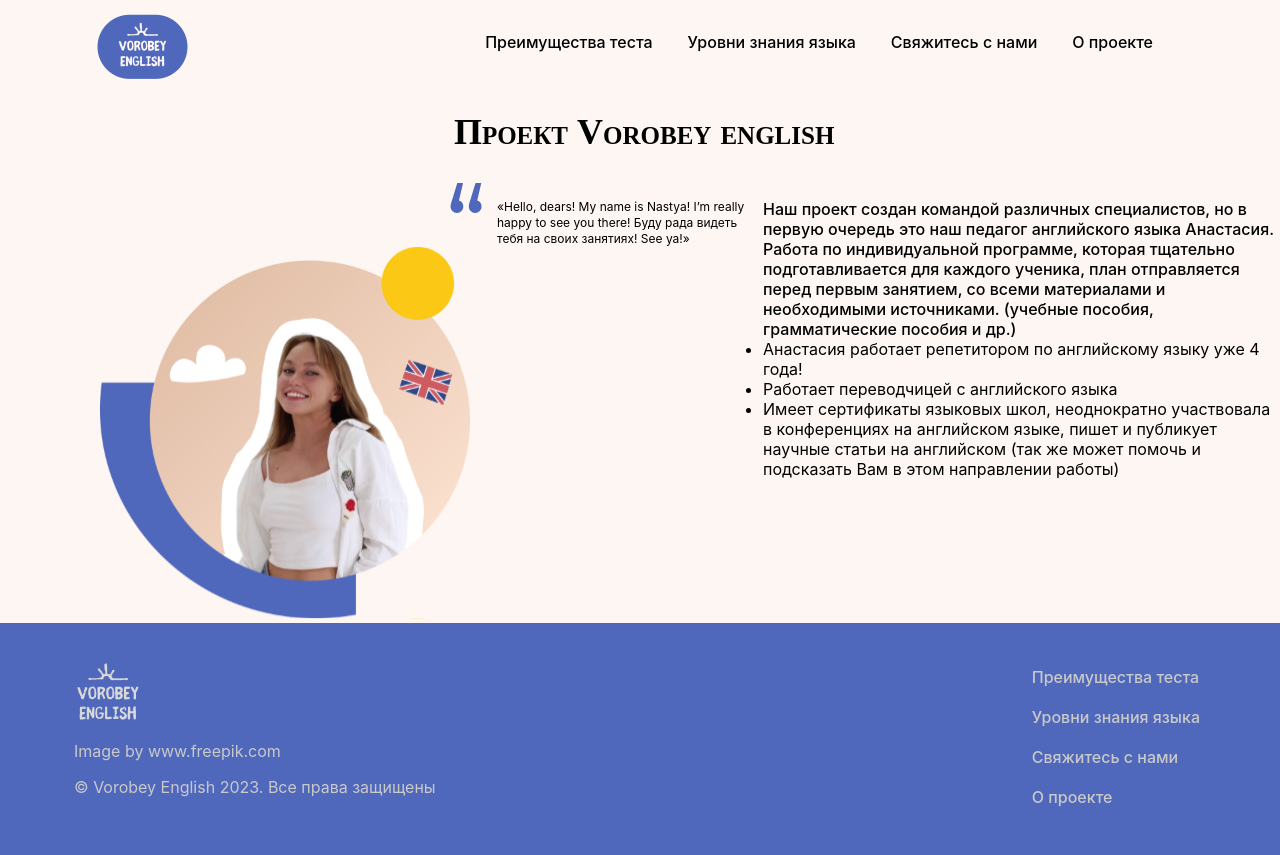
Repository: WladimirVA/PP-01-01_Dandelions
Page: info-customer.html
An editor plug-in stored every save of this project. The page is shown before and after the next save, followed by the edit.
The browser window is 1280 px wide. The pictures show the whole page.

Above is the page before, as saved 2023-03-17 11:32:09.

After the next save:
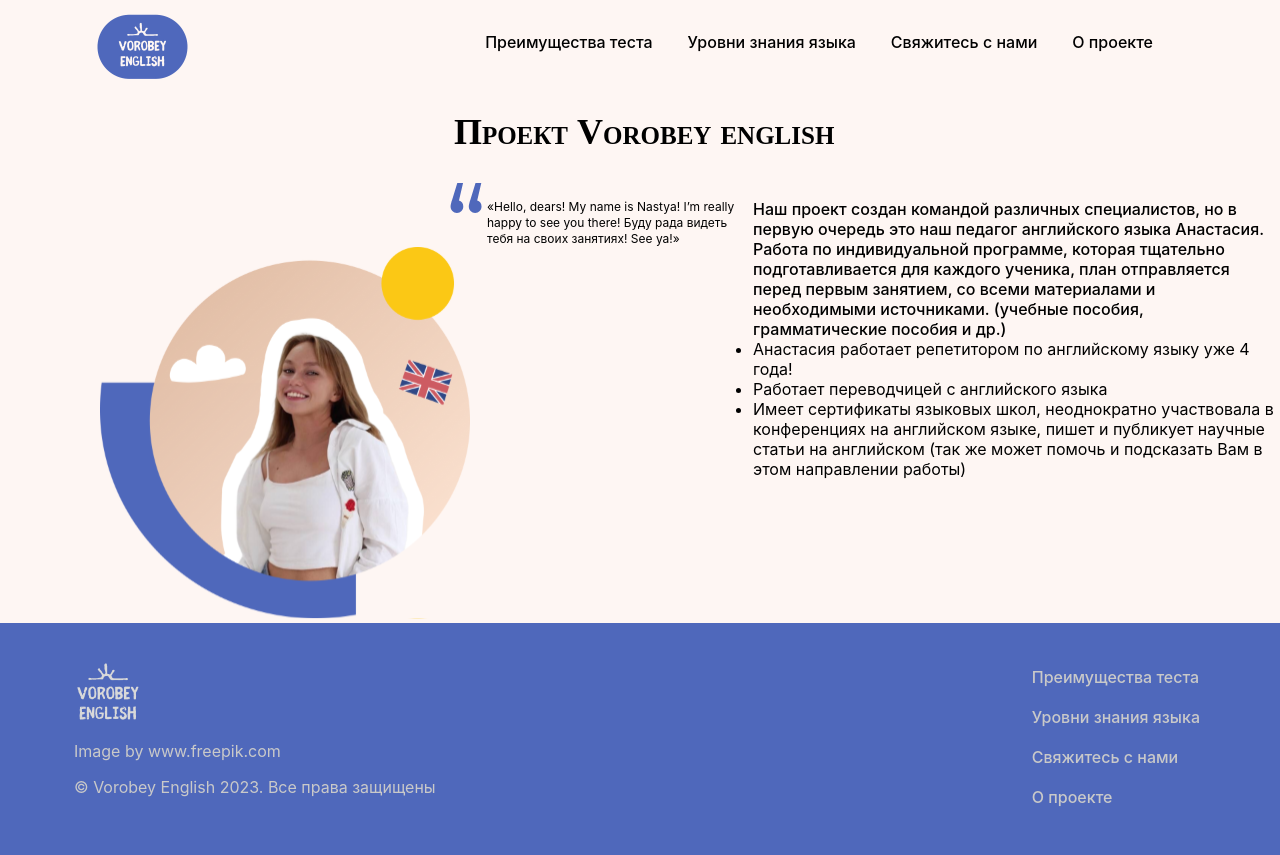
Saved 42 s later.
--- a/static/css/vorobey.css
+++ b/static/css/vorobey.css
@@ -39,7 +39,7 @@
 }
 
 .foto-vorobey img {
-    margin: -50px 15px 0 0;
+    margin: -50px 5px 0 0;
 }
 
 .vorobey-bloc1 {
